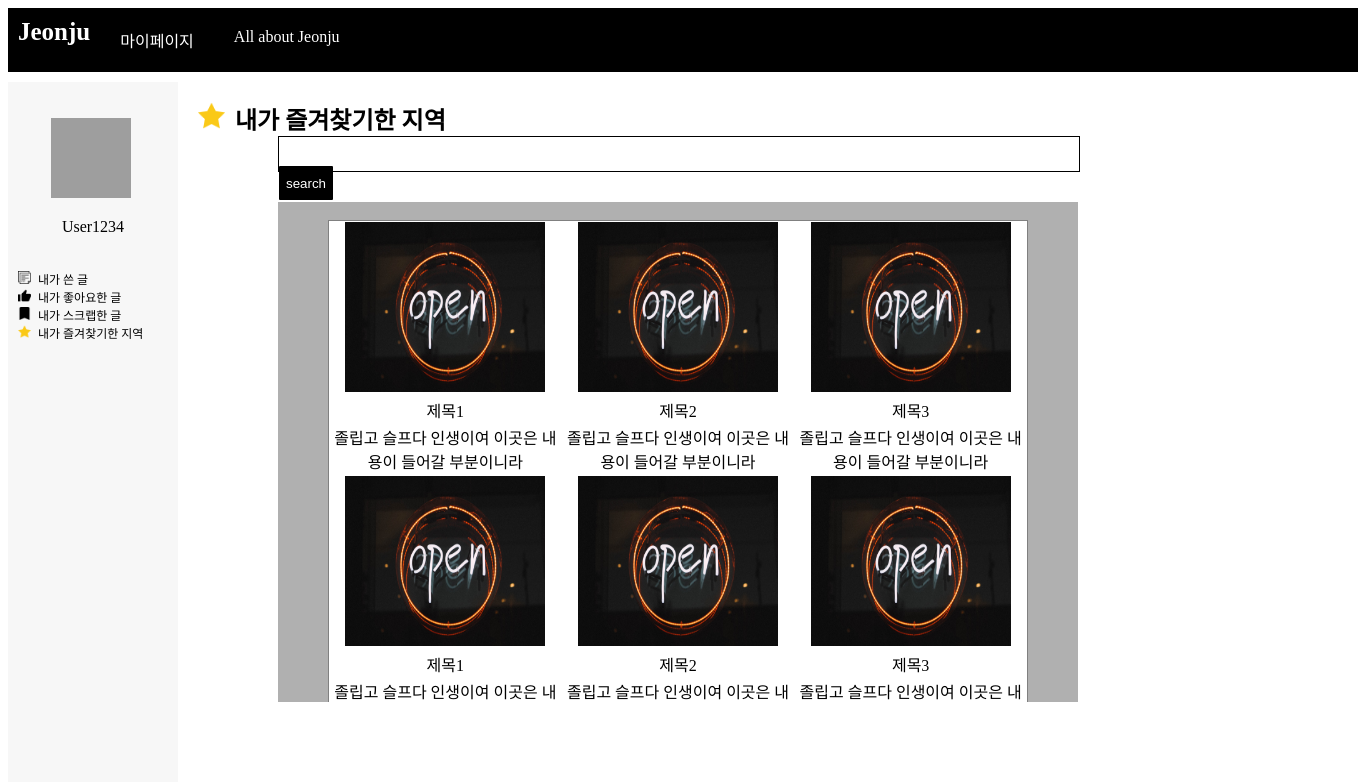
Repository: wka99/WEB-PROJECT
Page: Jeonju/WebContent/UserPage4.html
The author's editor kept a copy of each file at every save. The page is drawn from the files as they stood at one save, then again after the next save.
The browser window is 1280 px wide. The page is 1358 px wide, so the pictures cover 1358 px, including what lies to the right of the window. The pictures show the whole page.
Pictures or frames that could not be fetched are drawn as grey boxes. An inner scrolling area shows only its first screen.

Above is the page before, as saved 2018-12-03 09:29:13.

### Jeonju/WebContent/UserPage4.html
<!DOCTYPE html>
<html>
<head>
<meta content="text/html" charset="EUC-KR">
<title>전주 mypage</title>
<link rel="stylesheet" type="text/css" href="NewFile.css">
</head>
<body>
<div id="container">
	<ul class="menubar">
		<li class="h"><a class="title" href="##"><b>Jeonju</b></a></li>
		<li class="h"><a class="h" href="UserPage.html">마이페이지</a>
			<ul>
				<li><a href="UserPage.html">내가 쓴 글</a></li>
				<li><a href="UserPage2.html">내가 좋아요한 글</a></li>
				<li><a href="UserPage3.html">내가 스크랩한 글</a></li>
				<li><a href="UserPage4.html">내가 즐겨찾기한 글</a></li>
			</ul>
		</li>
		<li class="h"><a class="h" href="##">All about Jeonju</a></li>
	</ul>
    <nav>
    	<br><br>
    	<img id="userImg" src="user.png" width="80px" height="80px"></img>
    	<br><p align="center">User1234</p><br></a>
	<div class="menu">
    	<img id="usermenuimg" src="paper.png"></img>
    	<a href="UserPage.html"><span>&nbsp;내가 쓴 글</span><br></a>
    	<img id="usermenuimg" src="thumb-up-button.png"></img>
    	<a href="UserPage2.html"><span>&nbsp;내가 좋아요한 글</span><br></a>
    	<img id="usermenuimg" src="bookmark-ribbon.png"></img>
    	<a href="UserPage3.html"><span>&nbsp;내가 스크랩한 글</span><br></a>
    	<img id="usermenuimg" src="star.png"></img>
    	<a href="UserPage4.html"><span>&nbsp;내가 즐겨찾기한 지역</span></a>
	</div>
    </nav>
    <section>
    	<div class="title">
    		<img class="bigMenu" id="내가 즐겨찾기한 지역" src="star.png" width="27px" height="27px"></img>
    		<b><font size="5">&nbsp;내가 즐겨찾기한 지역</font></b>
    	</div>
    	<div class="searchwindow">
    		<input type="text" class="searchtext" value=""/>
    		<button id="searchbutton" type="button" class="search">search</button>
    	</div>
    	<br><br>
    	<div class="bookmark_posts">
    	<br>
    	<table id="user-table">
    		<tbody>
    		<tr>
				<td><img src="ds.jpg" width="200px" height="170px"></td>
				<td><img src="ds.jpg" width="200px" height="170px"></td>
				<td><img src="ds.jpg" width="200px" height="170px"></td>
    		</tr>
    		<tr>
    			<td height="10px">제목1</td>
				<td height="10px">제목2</td>
				<td height="10px">제목3</td>
    		</tr>
    		<tr>
    			<td height="50px">졸립고 슬프다 인생이여 이곳은 내용이 들어갈 부분이니라</td>
				<td height="50px">졸립고 슬프다 인생이여 이곳은 내용이 들어갈 부분이니라</td>
				<td height="50px">졸립고 슬프다 인생이여 이곳은 내용이 들어갈 부분이니라</td>
    		</tr>
    		<tr>
				<td><img src="ds.jpg" width="200px" height="170px"></td>
				<td><img src="ds.jpg" width="200px" height="170px"></td>
				<td><img src="ds.jpg" width="200px" height="170px"></td>
    		</tr>
    		<tr>
    			<td height="10px">제목1</td>
				<td height="10px">제목2</td>
				<td height="10px">제목3</td>
    		</tr>
    		<tr>
    			<td height="50px">졸립고 슬프다 인생이여 이곳은 내용이 들어갈 부분이니라</td>
				<td height="50px">졸립고 슬프다 인생이여 이곳은 내용이 들어갈 부분이니라</td>
				<td height="50px">졸립고 슬프다 인생이여 이곳은 내용이 들어갈 부분이니라</td>
    		</tr>
    		</tbody>
    	</table>
    	</div>
    </section>
</div>
</body>
</html>

### Jeonju/WebContent/NewFile.css
	#container{
		width:1350px;
		margin:0px auto;
	}
	header{
		    		width:100%;
                    height:50px;
                    background-color:black;
                    color:white;
                   }
    .menubar{
    	list-style-type:none;
    	margin:0;
    	padding:0;
    	overflow:hidden;
    	background-color:black;
    }
    li.h{
    	float:left;
    	solid #bbb;
    }
    li.h a.h{
    	display:block;
    	color:white;
    	text-align:center;
    	padding:20px;
    	text-decoration:none;
    }
    li.h a.title{
    	display:block;
    	color:white;
    	text-align:center;
    	padding:10px;
    	text-decoration:none;
    	font-size:25px;
    }
    .menubar li ul{
    	opacity:0.8;
		background: rgb(109,109,109);
		display:none; /* 평상시에는 드랍메뉴가 안보이게 하기 */
		height:auto;
		padding:0px;
		margin:0px;
		border:0px;
		position:absolute;
		width:200px;
		z-index:200;
	}
	.menubar li:hover ul{
		display:block; /* 마우스 커서 올리면 드랍메뉴 보이게 하기 */
	}
	.menubar li li {
	background: rgb(109,109,109);
	display:block;
	float:none;
	margin:0px;
	padding:0px;
	width:200px;
	}
	.menubar li:hover li a{
	background:none;
	}
	.menubar li ul a{
	display:block;
    color:white;
    text-align:left;
    text-decoration:none;
    padding:15px;
	}
	.menubar li ul a:hover, .menubar li ul li:hover a{
	background: rgb(71,71,71);
	border:0px;
	color:#ffffff;
	text-decoration:none;
	}
    li.h a.h:hover{background-color:#dfdfdf;}

    .searchwindow {
	display: inline-block;
	width: 800px; height: 34px;
	border: 1px solid black;
	background: white;
	align:center;
	margin-left:100px;
	}
	.searchtext {
		width: 731px; height: 21px;
		margin: 6px 0 0 9px;
		border: 0;
		line-height: 21px;
		font-size: 16px;
		outline: none;
	}
	.search {
		width: 54px; height: 34px;
		margin: 0; border: 0;
		vertical-align: top;
		background: black;
		color: white;
		border-radius: 1px;
		cursor: pointer;
	}
	.search:hover {
		background: #faa93e;
	}

	.btn-2,
	.btn-2::after {
	  -webkit-transition: all 0.3s;
	    -moz-transition: all 0.3s;
	  -o-transition: all 0.3s;
	    transition: all 0.3s;
	}
	.btn-2{
	  background: none;
	  border: 2px solid #000000;
	  border-radius: 5px;
	  color: #000000;
	  display: block;
	  font-size: 20px;

	  position: relative;
	  text-transform: uppercase;
	}

	.btn-2::before,
	.btn-2::after {
	  background: #000000;
	  content: '';
	  position: absolute;
	  z-index: -1;
	}

	.btn-2:hover {
	  color: #fff;
	}

	.btn-2::after {
	  height: 100%;
	  left: 0;
	  top: 0;
	  width: 0;
	}

	.btn-2:hover:after {
	  width: 100%;
	}


    nav{
            float:left;
            margin-top:10px;
            background-color:#f7f7f7;
            width:170px;
            height:700px;}
    section{
    		float:left;
    	}
    #userImg{margin-left:43px;}
    #usermenuimg{margin-left:10px;width:13px;height:13px;}
	.menu{margin-bottom:5px;}
    nav span{font-size:12px;}
    .menu a{color:black;text-decoration:none;}
    header a{color:white;text-decoration:none;}
    .bigMenu{margin-left:20px; margin-top:30px;}
    .myPost,.bookmark_posts{width:800px; height:500px; margin-left:100px; overflow:auto; background-color:#b0b0b0;}
    #user-table,#bookmark-table{margin:0 auto;text-align:center;border-collapse:collapse;width:700px;
                border:1px solid gray; background-color:white;}
    #user-table,#bookmark-table td{padding:5px;}

After the next save:
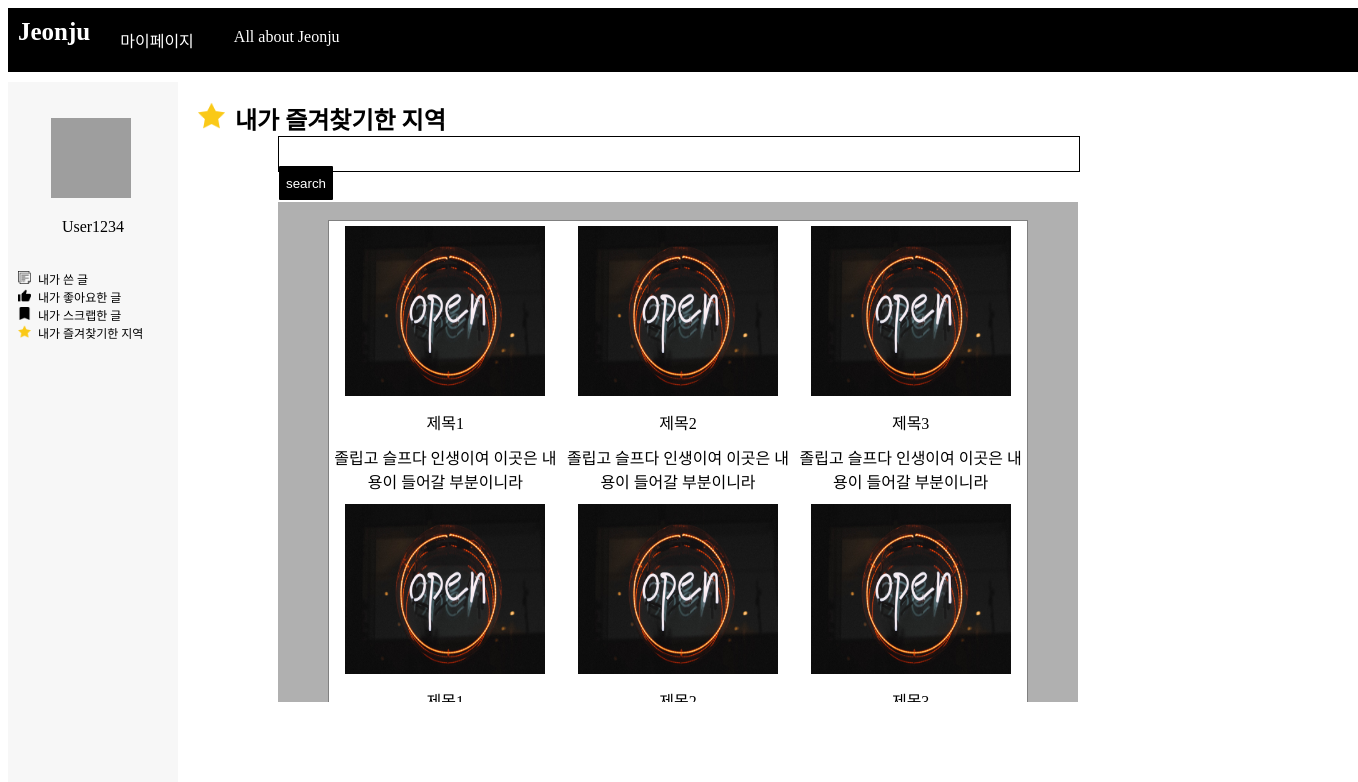
Saved 1 s later.
--- a/Jeonju/WebContent/UserPage4.html
+++ b/Jeonju/WebContent/UserPage4.html
@@ -46,7 +46,7 @@
     	<br><br>
     	<div class="bookmark_posts">
     	<br>
-    	<table id="user-table">
+    	<table id="bookmark-table">
     		<tbody>
     		<tr>
 				<td><img src="ds.jpg" width="200px" height="170px"></td>
